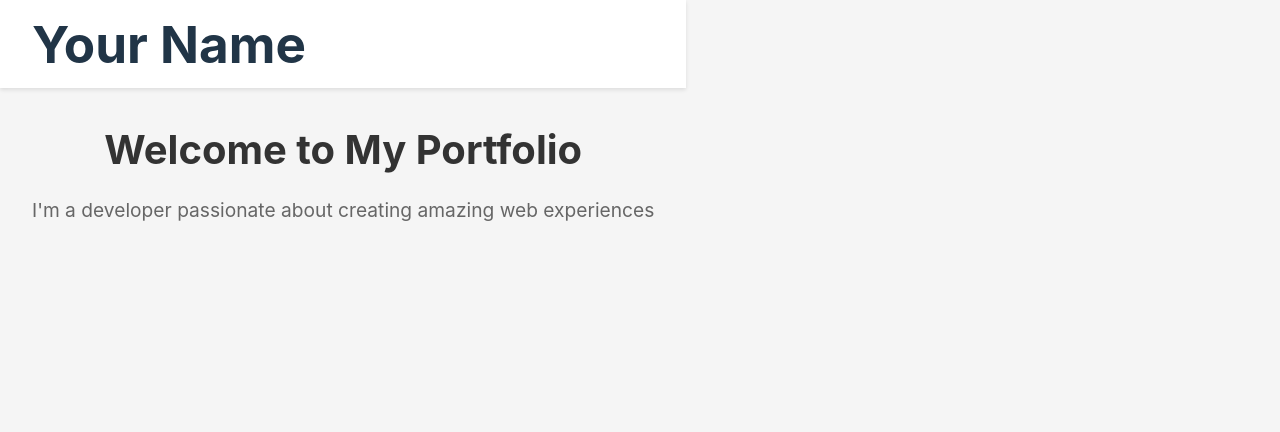
Repository: James-Z-Zhang00/james-z-zhang
Page: /
These files come from the project's save history. The page is drawn as it stood at one moment and after the next save; the edit follows.
The browser window is 1280 px wide. The pictures show the whole page.
The project was rebuilt for these pictures with package versions that can differ from the ones it lists, and the page was loaded fresh each time. Also part of the build but not shown: vite.config.ts.

Above is the page before, as saved 2025-05-20 22:08:15.

After the next save:
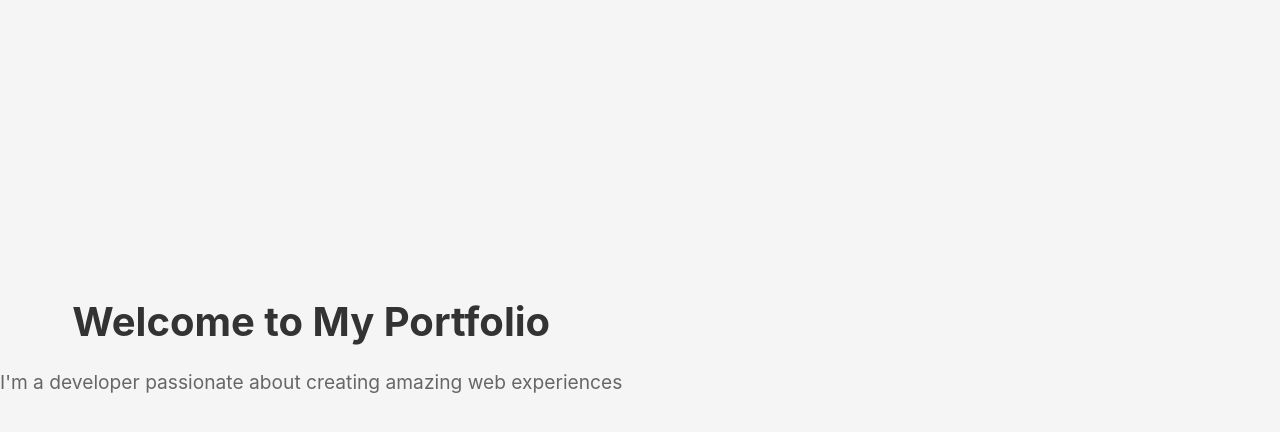
Saved 3 min 35 s later.
--- a/src/App.tsx
+++ b/src/App.tsx
@@ -1,4 +1,3 @@
-import { MainLayout } from './layouts/MainLayout';
 import { Home } from './pages/Home';
 import { Global } from '@emotion/react';
 
@@ -18,9 +17,7 @@ function App() {
   return (
     <>
       <Global styles={globalStyles} />
-      <MainLayout>
-        <Home />
-      </MainLayout>
+      <Home />
     </>
   );
 }

After the save that followed:
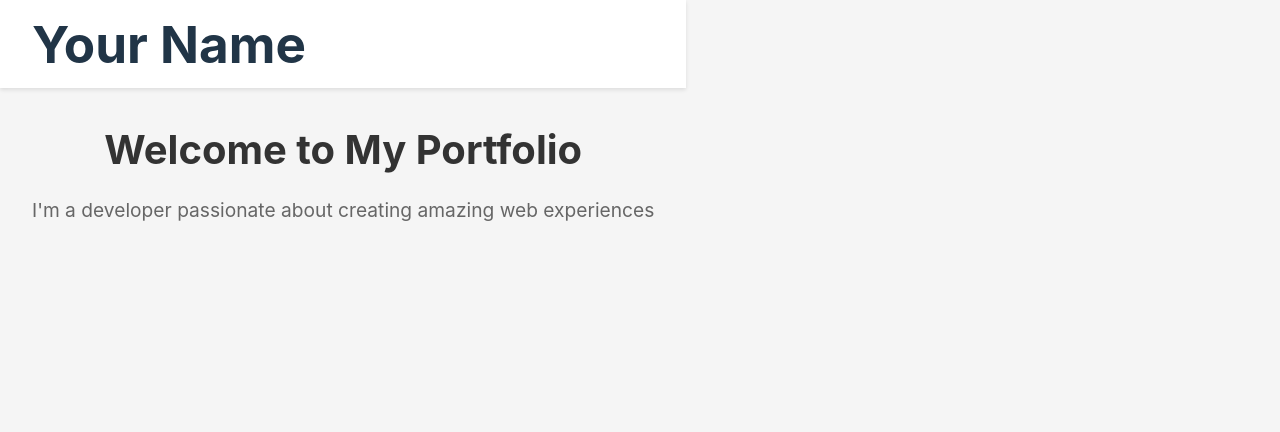
Saved 9 s later.
--- a/src/pages/Home.tsx
+++ b/src/pages/Home.tsx
@@ -1,7 +1,21 @@
 import styled from '@emotion/styled';
 import { motion } from 'framer-motion';
 
-const HomeContainer = styled.div`
+const PageContainer = styled.div`
+  min-height: 100vh;
+  display: flex;
+  flex-direction: column;
+`;
+
+const Header = styled.header`
+  padding: 1rem 2rem;
+  background-color: #ffffff;
+  box-shadow: 0 2px 4px rgba(0, 0, 0, 0.1);
+`;
+
+const MainContent = styled.main`
+  flex: 1;
+  padding: 2rem;
   max-width: 1200px;
   margin: 0 auto;
   text-align: center;
@@ -21,21 +35,26 @@ const Subtitle = styled(motion.p)`
 
 export const Home = () => {
   return (
-    <HomeContainer>
-      <Title
-        initial={{ opacity: 0, y: 20 }}
-        animate={{ opacity: 1, y: 0 }}
-        transition={{ duration: 0.5 }}
-      >
-        Welcome to My Portfolio
-      </Title>
-      <Subtitle
-        initial={{ opacity: 0, y: 20 }}
-        animate={{ opacity: 1, y: 0 }}
-        transition={{ duration: 0.5, delay: 0.2 }}
-      >
-        I'm a developer passionate about creating amazing web experiences
-      </Subtitle>
-    </HomeContainer>
+    <PageContainer>
+      <Header>
+        <h1>Your Name</h1>
+      </Header>
+      <MainContent>
+        <Title
+          initial={{ opacity: 0, y: 20 }}
+          animate={{ opacity: 1, y: 0 }}
+          transition={{ duration: 0.5 }}
+        >
+          Welcome to My Portfolio
+        </Title>
+        <Subtitle
+          initial={{ opacity: 0, y: 20 }}
+          animate={{ opacity: 1, y: 0 }}
+          transition={{ duration: 0.5, delay: 0.2 }}
+        >
+          I'm a developer passionate about creating amazing web experiences
+        </Subtitle>
+      </MainContent>
+    </PageContainer>
   );
 };
